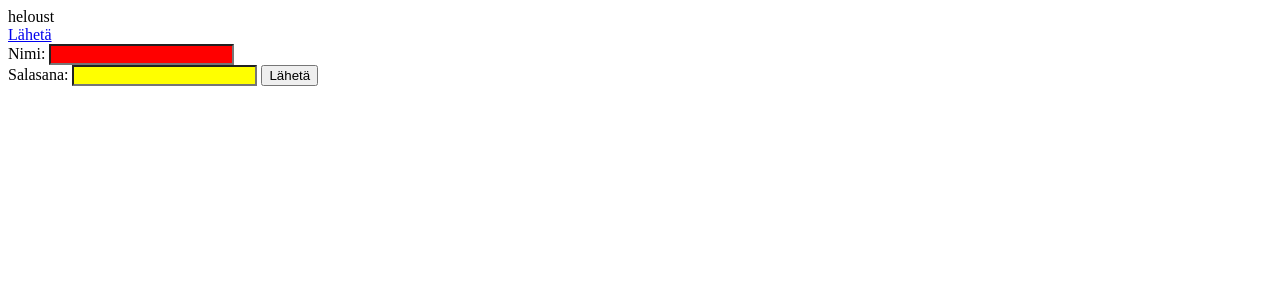
Repository: sirkian/ohj2-t4
Page: http://localhost/Kommunikaatio/
An editor plug-in stored every save of this project. The page is shown before and after the next save, followed by the edit.
The browser window is 1280 px wide. The pictures show the whole page.
The page is served by Tomcat 9.

Above is the page before, as saved 2022-03-19 14:01:33.

### Kommunikaatio/src/main/webapp/index.jsp
<%@ page language="java" contentType="text/html; charset=ISO-8859-1"
    pageEncoding="ISO-8859-1"%>
<!DOCTYPE html>
<html>
<head>
<meta charset="ISO-8859-1">
<title>Insert title here</title>
<style>
body {
	display: flex;
	flex-direction: column;
}
.nimi {
	background: red;
	right: 5em;
}
.pw {
	background: yellow;
}
form {
	font-weight: 200;
}
</style>
</head>
<body>
heloust
<a href="toka.jsp?nimi=jaska&ika=10">Lähetä</a>
<form action="kolmas.jsp" method="POST">
	Nimi: <input class="nimi" type="text" name="nimi"><br>
	Salasana: <input class="pw" type="password" name="pwd">
	<input type="submit" value="Lähetä">
</form>
</body>
</html>

After the next save:
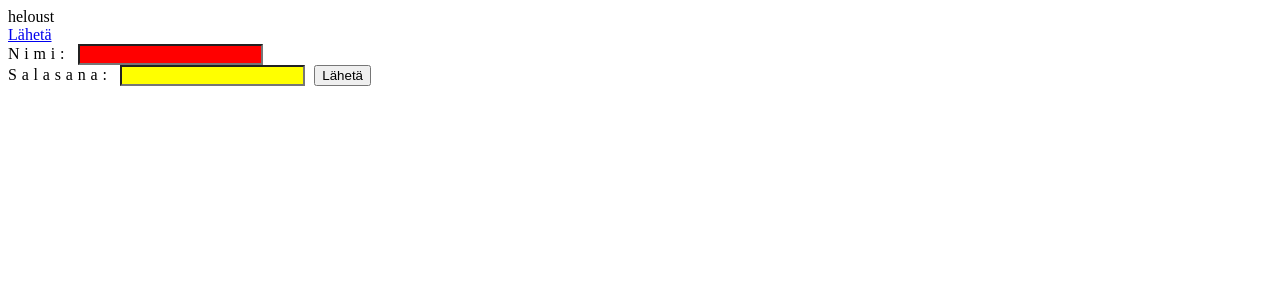
Saved 26 s later.
--- a/Kommunikaatio/src/main/webapp/index.jsp
+++ b/Kommunikaatio/src/main/webapp/index.jsp
@@ -18,7 +18,7 @@ body {
 	background: yellow;
 }
 form {
-	font-weight: 200;
+	letter-spacing: 0.3em;
 }
 </style>
 </head>
